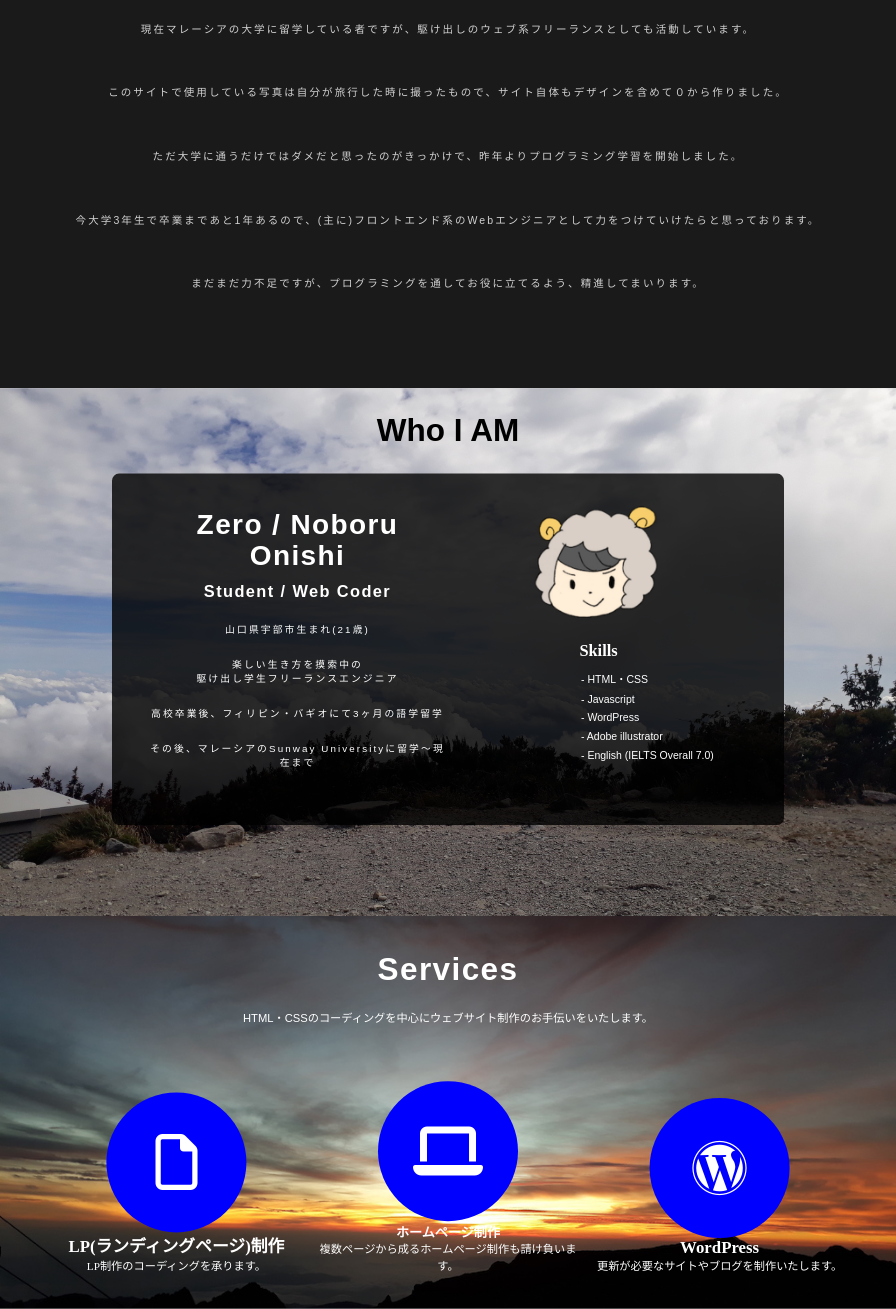
Repository: ZeroRequiem126/MyPortfolioSite
Page: top.html
The author's editor kept a record of every edit. The page is drawn from the files as they stood at one moment, then again after the next edit.
The browser window is 1280 px wide. The pictures show the part of the page from y = 921 to 2841 px (the page is 2791 px tall before and 2841 px after), at 70% of full size.
Some web libraries are served in a nearby version.

Above is the page before.

### top.html
<!DOCTYPE>
<html>
    <head>
        <meta charset="utf-8">
        <title>Zero</title>
        <link rel="stylesheet" type="text/css" href="top.css">
        <link rel="stylesheet" type="text/css"  href="swiper.css">
        <meta name="viewport" content="width=device-width, initial-scale=1.0">
        <script src="https://kit.fontawesome.com/fdddab2d46.js"></script>
    </head>

    <body>
        <header>
            <div class="container">
                <div class="header-left">Zero</div>
                <div class="header-right">
                    <ul>
                        <li>Who I AM</li>
                        <li>Skills</li>
                        <li>Portfolio</li>
                        <li>Contact</li>
                    </ul>
                </div>
            </div>
        </header>

        <div class="main">
            <div class="container">

                    <span class="slider-title">Zero</span>
                    <div class="swiper-container">
                        <div class="swiper-wrapper">
                              <div class="swiper-slide"><img src="images/pic1.jpg" alt="pic1.JPG" width="100%"></div>
                              <div class="swiper-slide"><img src="images/pic2.jpg" alt="pic2.jpg" width="100%"></div>
                              <div class="swiper-slide"><img src="images/pic3.jpg" alt="pic3.JPG" width="100%"></div>
                              <div class="swiper-slide"><img src="images/pic4.png" alt="pic4.png" width="100%"></div>
                              <div class="swiper-slide"><img src="images/pic5.jpg" alt="pic4.jpg" width="100%"></div>
                              <div class="swiper-slide"><img src="images/pic6.jpg" alt="pic4.jpg" width="100%"></div>
                        </div>
                        <div class="swiper-button-prev"></div>
                        <div class="swiper-button-next"></div>
                    </div>

                    <div class="introduction">
                        <div class="container">
                            <p>はじめまして、大西昇と申します。</p>
                            <p>現在マレーシアの大学に留学している者ですが、駆け出しのウェブ系フリーランスとしても活動しています。 </p>
                            <p>このサイトで使用している写真は自分が旅行した時に撮ったもので、サイト自体もデザインを含めて０から作りました。</p>
                            <p>ただ大学に通うだけではダメだと思ったのがきっかけで、昨年よりプログラミング学習を開始しました。</p>
                            <p>今大学3年生で卒業まであと1年あるので、(主に)フロントエンド系のWebエンジニアとして力をつけていけたらと思っております。</p>
                            <p>まだまだ力不足ですが、プログラミングを通してお役に立てるよう、精進してまいります。</p>
                        </div>
                    </div>

                    <div class="about">
                        <div class="container">
                            <h1 class="about-title" style="font-family: 'Gurmukhi MN',sans-serif;">Who I AM</h1>

                            <div class="about-contents">
                                <div class="about-left">
                                    <div class="name-and-job">
                                        <h1>Zero / Noboru Onishi</h1>
                                        <h3>Student / Web Coder</h3>
                                    </div>
                                    <div class="career">
                                        <p>山口県宇部市生まれ(21歳)</p>
                                        <p>楽しい生き方を摸索中の<br>駆け出し学生フリーランスエンジニア</p>
                                        <p>高校卒業後、フィリピン・バギオにて3ヶ月の語学留学</p>
                                        <p>その後、マレーシアのSunway Universityに留学〜現在まで</p>
                                    </div>
                                </div>

                                <div class="about-right">
                                    <img src="images/person.png">
                                    <h3>Skills</h3>
                                    <ul>
                                        <li>- HTML・CSS</li>
                                        <li>- Javascript</li>
                                        <li>- WordPress</li>
                                        <li>- Adobe illustrator</li>
                                        <li>- English (IELTS Overall 7.0)</li>
                                    </ul>
                                </div>
                            </div>

                        </div>
                    </div>

                    <div class="service">
                        <div class="container">
                            <h1 class="service-title">Services</h1>
                            <p class="service-subtitle">HTML・CSSのコーディングを中心にウェブサイト制作のお手伝いをいたします。</p>

                            <div class="services">

                                <div class="service-contents">
                                    <span class="far fa-file"></span>
                                    <h2>LP(ランディングページ)制作</h2>
                                    <p class="service-explanation">LP制作のコーディングを承ります。</p>
                                </div>

                                <div class="service-contents">
                                    <span class="fas fa-laptop"></span>
                                    <h3>ホームページ制作</h3>
                                    <p class="service-explanation">複数ページから成るホームページ制作も請け負います。</p>
                                </div>

                                <div class="service-contents">
                                    <span class="fab fa-wordpress"></span>
                                    <h2>WordPress</h2>
                                    <p>更新が必要なサイトやブログを制作いたします。</p>
                                </div>
                            </div>
                        </div>
                    </div>

            </div>
        </div>

        <footer>

        </footer>

        <script src="swiper.js"></script>
        <script>
          var mySwiper = new Swiper ('.swiper-container', {
            navigation: {
              nextEl: '.swiper-button-next',
              prevEl: '.swiper-button-prev',
            },
            loop: true,
            autoplay: {
                delay: 3000,
                disableOnInteraction: true
            },
            speed: 700,
          })
        </script>
    </body>

</html>

### top.css
@charset "utf-8";

* {
    box-sizing: border-box;
    margin: 0px;
    padding: 0px;
}

.container {
    text-align: center;
}

/* header */

header {
    height: 60px;
    width: 100%;
    background-color: white;
    color: black;
    line-height: 60px;
    position: fixed;
    z-index: 100;
}

.header-left {
    float: left;
    padding-left: 100px;
    font-size: 30px;
    font-family: 'Superclarendon',sans-serif;
}

.header-right {
    float: right;
    font-family: 'Gurmukhi MN',sans-serif;
}

.header-right ul {
    list-style: none;
    padding-right: 120px;
}

.header-right ul li {
    float: left;
    padding: 0 40px;
    font-size: 20px;
    cursor: pointer;
    transition: background-color 0.5s;
}

.header-right ul li:hover {
    background-color: #dcdcdc;
    transition: background-color 1s;
}

/* slider */

.slider-title {
    color: white;
    font-size: 150px;
    font-family: 'Trattatello',sans-serif;;
    position: absolute;
    top: 35%;
    left: 40%;
    z-index: 10;
    padding: 0 15px 0 10px;
    border: solid 8px;
    border-radius: 50%;
}

/* introduction */

.introduction {
    color: #D1D1D1;
    font-size: 15px;
    background-color: #1A1A1A;
    padding: 140px 0 70px 0;
    font-family: 'klee',sans-serif;
}

.introduction p {
    padding-bottom: 70px;
    letter-spacing: 3px;
}

/* About */

.about {
    margin: 0 auto;
    background-image: url("images/pic7.jpg");
    background-size: 100% auto;
    padding-bottom: 130px;
    font-size: 20px;
}

.about-title {
    padding: 35px 0;
    font-size: 45px;
}

.about-contents {
    background-color: rgba(0,0,0,0.8);
    display: inline-block;
    color: white;
    width: 75%;
    border-radius: 10px;
    padding: 0px 50px 50px 50px;
}

.about-left {
    float: left;
    width: 50%;
    vertical-align: top;
    padding-top: 50px;
}

.name-and-job {
    font-family: 'Papyrus-Condensed',sans-serif;
    letter-spacing: 2px;
    padding-bottom: 30px;
}

.name-and-job h1 {
    padding-bottom: 15px;
}

.career {
    font-family: 'klee',sans-serif;
}

.career p {
    padding-bottom: 30px;
    letter-spacing: 3px;
    font-size: 14px;
}

.about-right {
    float: left;
    width: 50%;
    padding-top: 20px;
}

.about-right h3 {
    padding-top: 20px;
    padding-bottom: 15px;
}

.about-right ul {
    list-style: none;
}

.about-right ul li {
    font-size: 15px;
    font-family: 'klee',sans-serif;
    padding-bottom: 10px;
    text-align: left;
    padding-left: 190px;
}

.about-right img {
    width: 200px;
}

/* Service */

.service {
    background-image: url("images/pic8.jpg");
    background-size: 100% auto;
    color: white;
    padding: 50px 0;
}

.service-title {
    padding-bottom: 30px;
    font-family: 'Gurmukhi MN',sans-serif;
    font-size: 45px;
    letter-spacing: 2px;
}

.service-subtitle {
    font-family: 'klee',sans-serif;
}

.service-contents {
    display: inline-block;
    width: 30%;
    padding-top: 80px;
}

.service-contents span {
    font-size: 80px;
    border-radius: 50%;
    background-color: blue;
    width: 200px;
    height: 200px;
    line-height: 200px;
}

Loaded but not shown: swiper.css (library); swiper.js (library)

After the next edit:
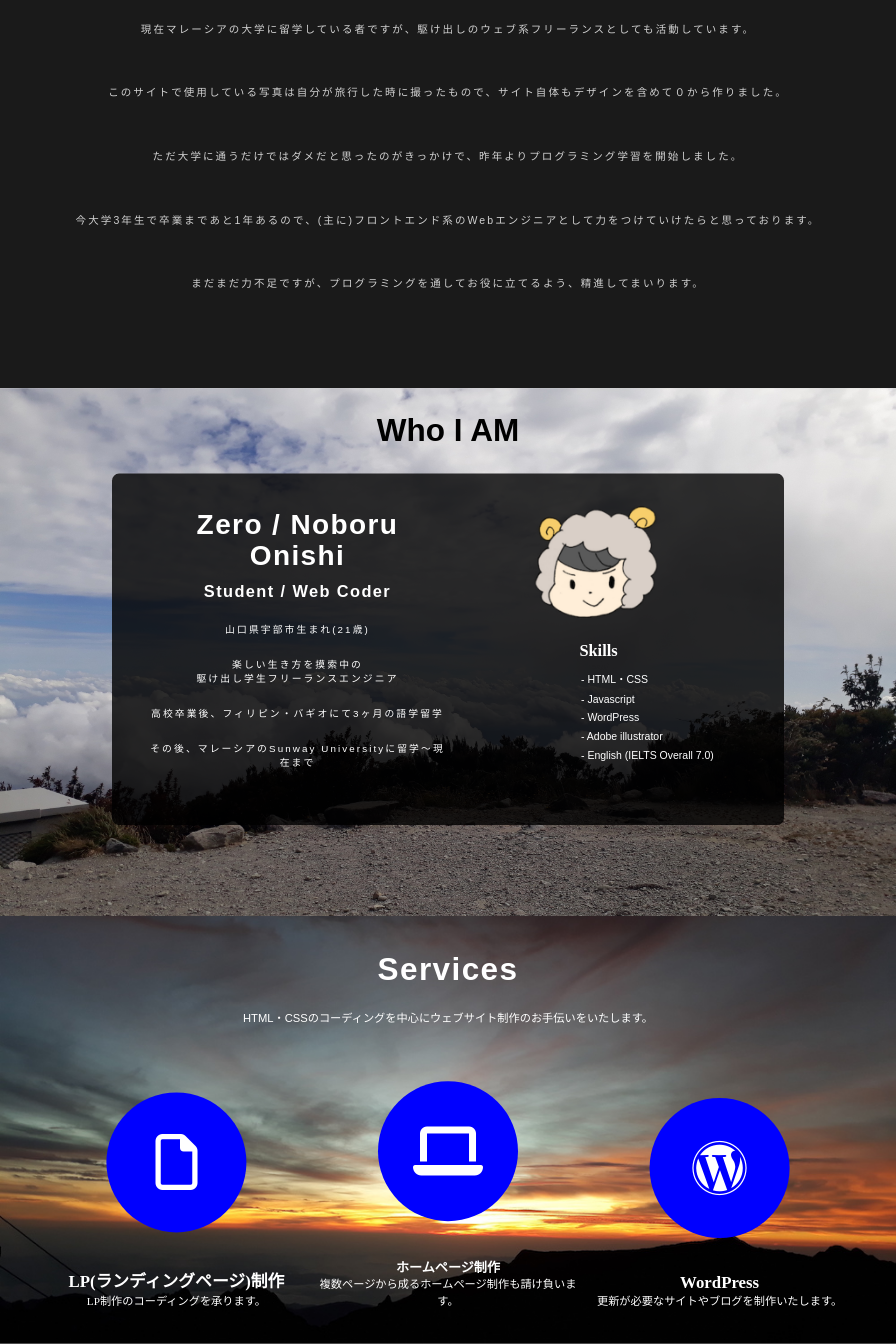
The edit:
--- a/top.css
+++ b/top.css
@@ -190,6 +190,7 @@
     font-size: 80px;
     border-radius: 50%;
     background-color: blue;
+    margin-bottom: 50px;
     width: 200px;
     height: 200px;
     line-height: 200px;
